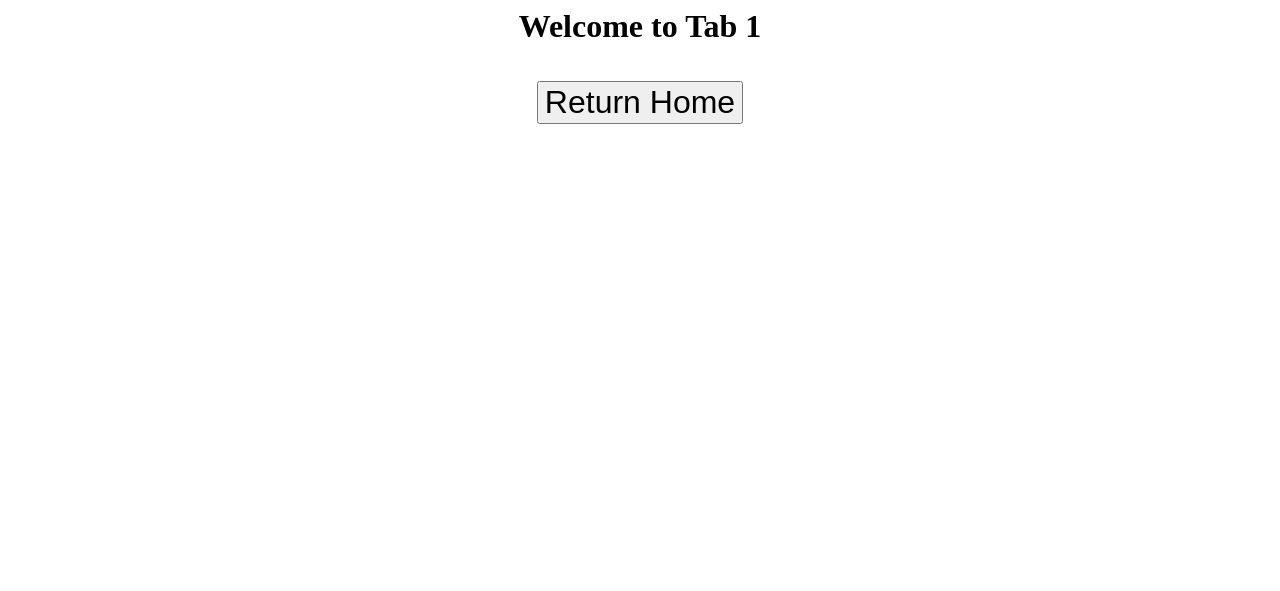
Repository: zRush1202/LoginPage-demo
Page: ex_html/tab1.html
These files come from the project's save history. The page is drawn as it stood at one moment and after the next save; the edit follows.
The browser window is 1280 px wide. The pictures show the whole page.

Above is the page before, as saved 2023-09-07 19:20:27.

### ex_html/tab1.html
<!DOCTYPE html>
<html lang="en">
<head>
    <meta charset="UTF-8">
    <meta name="viewport" content="width=device-width, initial-scale=1.0">
    <title>Tab 1</title>
</head>
<body>
    <h1 style="display: block;margin: 0 auto; text-align: center;">Welcome to Tab 1</h1>
    <br> <br>
    <button onclick="document.location='home.html'" style="display: block;margin: 0 auto;font-size: 200%;">Return Home</button>
    <img src="" alt="">
</body>
</html>

After the next save:
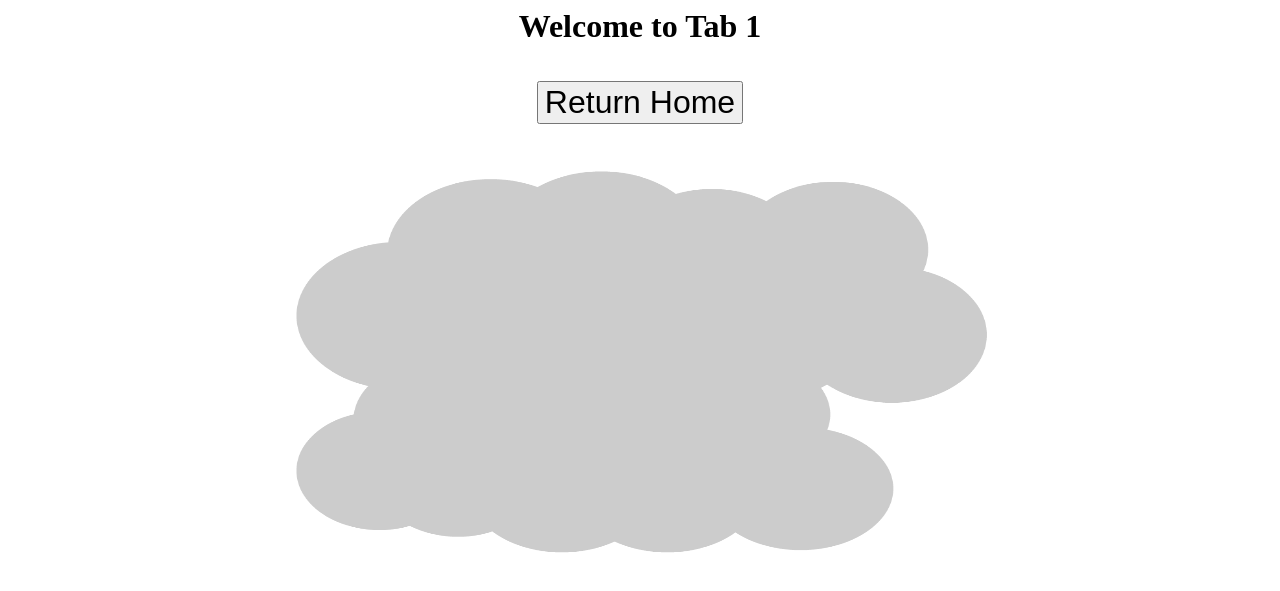
Saved 48 s later.
--- a/ex_html/tab1.html
+++ b/ex_html/tab1.html
@@ -9,6 +9,6 @@
     <h1 style="display: block;margin: 0 auto; text-align: center;">Welcome to Tab 1</h1>
     <br> <br>
     <button onclick="document.location='home.html'" style="display: block;margin: 0 auto;font-size: 200%;">Return Home</button>
-    <img src="" alt="">
+    <img src="sun-6235.gif" alt="gif_img" style="display: block;margin: 0 auto; height: 500px; width: 700px;">
 </body>
 </html>
